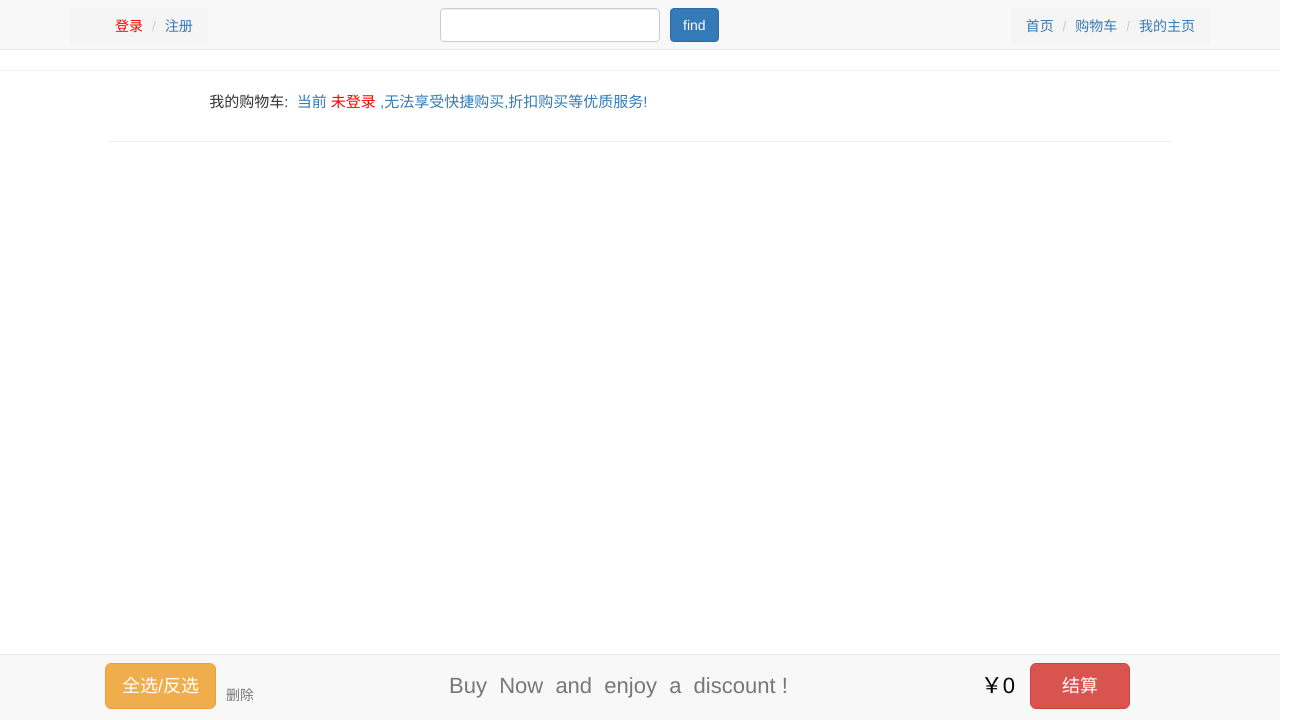
Repository: gaoKuoZqq/ExerciseJavaWebProject
Page: http://localhost/new_mall/WEB-INF/jsp/cart.jsp
An editor plug-in stored every save of this project. The page is shown before and after the next save, followed by the edit.
The browser window is 1280 px wide. The page is 1295 px wide, so the pictures cover 1295 px, including what lies to the right of the window. The pictures show the whole page.
The page is served by Tomcat 9. Nobody is signed in. The template is opened directly, without the code that normally fills it, so the values that code supplies are empty.

Above is the page before, as saved 2017-10-21 06:26:52.

After the next save:
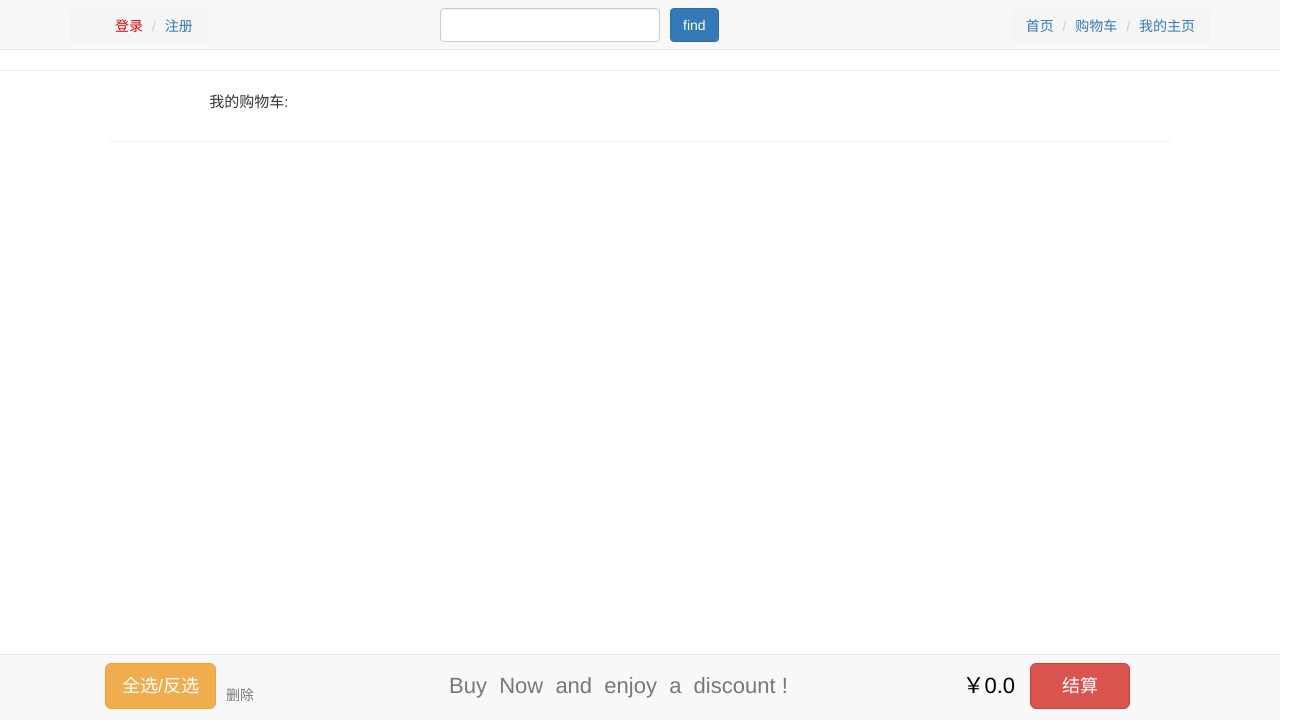
Console error: SyntaxError: Invalid or unexpected token
Saved 45 s later.
--- a/new_mall/WebContent/WEB-INF/jsp/cart.jsp
+++ b/new_mall/WebContent/WEB-INF/jsp/cart.jsp
@@ -129,7 +129,7 @@
 
 	function modifyTotalPrice(cart_id,number){
 		var price = parseFloat($("#price"+cart_id).html());
-		$("#totalPrice"+cart_id).html(price * number);
+		$("#totalPrice"+cart_id).html("共"+￥(price * number));
 	}
 
 	function payment(){
